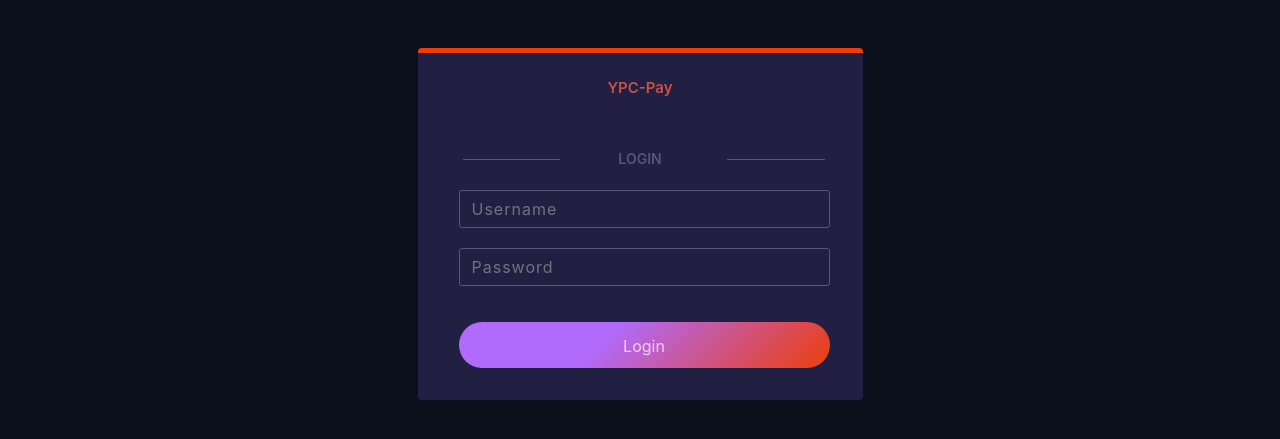
Repository: imamarin/ypcpay
Page: http://localhost/
These files come from the project's save history. The page is drawn as it stood at one moment and after the next save; the edit follows.
The browser window is 1280 px wide. The pictures show the whole page.
Some web libraries are served in a nearby version. The page is served by the project's Laravel application, run on PHP 8.4 with Laravel 8. Other server files are loaded and not shown.

Above is the page before, as saved 2022-05-20 13:59:41.
Console error: TypeError: Cannot read properties of undefined (reading 'fn')

### resources/views/login.blade.php
<!DOCTYPE html>
<html lang="{{ str_replace('_', '-', app()->getLocale()) }}">
    <head>
        <meta charset="utf-8">
        <meta name="viewport" content="width=device-width, initial-scale=1">

        <title>Laravel</title>

        <!-- Fonts -->
        <link href="https://stackpath.bootstrapcdn.com/bootstrap/4.3.1/css/bootstrap.min.css" rel="stylesheet">
        <link href="https://use.fontawesome.com/releases/v5.7.2/css/all.css" rel="stylesheet">
        <script src="https://stackpath.bootstrapcdn.com/bootstrap/4.3.1/js/bootstrap.bundle.min.js"></script>
        <script src="https://cdnjs.cloudflare.com/ajax/libs/jquery/3.2.1/jquery.min.js"></script>

        <style>
            body{
                background-color: #0c101d;
            }
            .card{
                border: none;
                border-top: 5px solid  rgb(238, 61, 7);
                background: #212042;
                color: #57557A;
            }
            p{
                font-weight: 600;
                font-size: 15px;
            }
            .fab{
                display: flex;
                justify-content: center;
                align-items: center;
                border: none;
                background: #2A284D;
                height: 40px;
                width: 90px;
            }
            .fab:hover{
                cursor: pointer;
            }
            .fa-twitter{
                color: #56ABEC;
            }
            .fa-facebook{
                color: #1775F1;
            }
            .fa-google{
                color: #CB5048;
            }
            .division{
                float: none;
                position: relative;
                margin: 30px auto 20px;
                text-align: center;
                width: 100%;
                box-sizing: border-box;
            }
            .division .line{
                border-top: 1.5px solid #57557A;;
                position: absolute;
                top: 13px;
                width: 85%;
            }
            .line.l{
                left: 52px;
            }
            .line.r{
                right: 45px;

            }
            .division span{
                font-weight: 600;
                font-size: 14px;
            }
            .myform{
                padding: 0 25px 0 33px;
            }
            .form-control{
                border: 1px solid #57557A;
                border-radius: 3px;
                background: #212042;
                margin-bottom: 20px;
                letter-spacing: 1px;

            }
            .form-control:focus{
                border: 1px solid #57557A;
                border-radius: 3px;
                box-shadow: none;
                background: #212042;
                color: #fff;
                letter-spacing: 1px;
            }
            .bn{
                text-decoration: underline;
            }
            .bn:hover{
                cursor: pointer;
            }
            .form-check-input {
                margin-top: 8px!important;
                }
            .btn-primary{
            background: linear-gradient(135deg, rgba(176,106,252,1) 39%, rgb(238, 61, 7) 101%);
            border: none;
            border-radius: 50px;
            }
            .btn-primary:focus{
                box-shadow: none;
                border: none;
            }
            small{
                color: #F2CEFF;
            }
            .far.fa-user{
                font-size: 13px;
            }

            @media(min-width: 767px){
                .bn{
                    text-align: right;
                }
            }
            @media(max-width: 767px){
                .form-check{
                    text-align: center;
                }
                .bn{
                    text-align: center;
                    align-items: center;
                }
            }
            @media(max-width: 450px){
                .fab{
                    width: 100%;
                    height: 100%;
                }
                .division .line{
                    width: 50%;
                }
            }
        </style>
    </head>
    <body>
        <div class="container">
            <div class="row d-flex justify-content-center mt-5">
                <div class="col-12 col-md-8 col-lg-6 col-xl-5">
                    <div class="card py-3 px-2">
                        <p class="text-center mb-3 mt-2" style="color: #CB5048">YPC-Pay</p>
                        {{-- <div class="row mx-auto ">
                            <div class="col-4">
                                <i class="fab fa-twitter"></i>
                            </div>
                            <div class="col-4">
                                <i class="fab fa-facebook"></i>
                            </div>
                            <div class="col-4">
                                <i class="fab fa-google"></i>
                            </div>
                        </div> --}}
                        <div class="division">
                            <div class="row">
                                <div class="col-3"><div class="line l"></div></div>
                                <div class="col-6"><span>LOGIN</span></div>
                                <div class="col-3"><div class="line r"></div></div>
                            </div>
                        </div>
                        <form class="myform">
                            <div class="form-group">
                                <input type="email" class="form-control" placeholder="Username">
                              </div>
                             <div class="form-group">
                                <input type="password" class="form-control" placeholder="Password">
                              </div>
                              <div class="row">
                                  <div class="col-md-6 col-12">
                                      {{-- <div class="form-group form-check">
                                        <input type="checkbox" class="form-check-input" id="exampleCheck1">
                                        <label class="form-check-label" for="exampleCheck1">Rester connecte</label>
                                      </div> --}}
                                  </div>
                                  {{-- <div class="col-md-6 col-12 bn">Mot se passe oublie</div> --}}
                              </div>
                              <div class="form-group mt-3">
                                  <button type="button" class="btn btn-block btn-primary btn-lg"><small>Login</small></button>
                              </div>
                        </form>
                    </div>
                </div>
            </div>
        </div>
    </body>
</html>

Loaded but not shown: routes/web.php (common file)

After the next save:
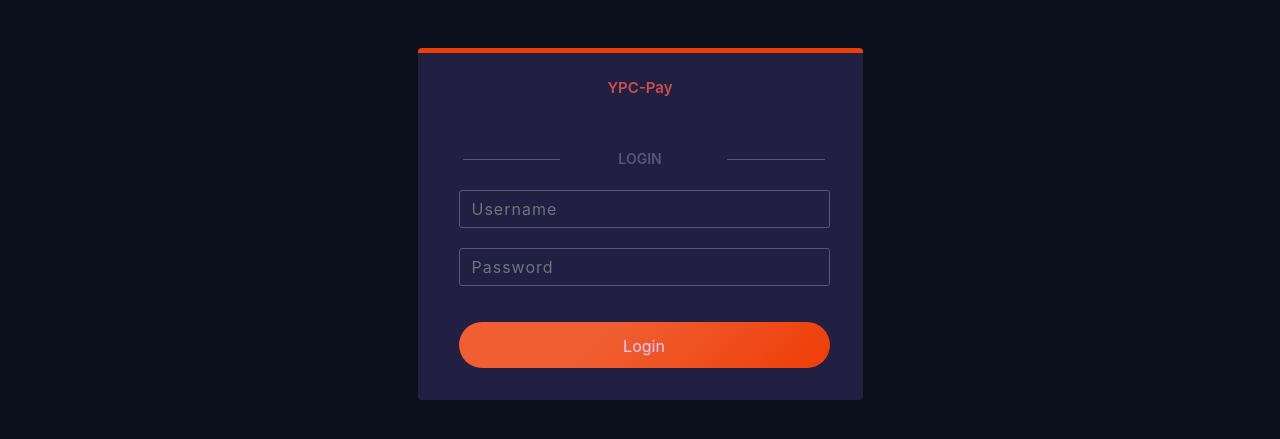
Saved 15 s later.
--- a/resources/views/login.blade.php
+++ b/resources/views/login.blade.php
@@ -101,7 +101,7 @@
                 margin-top: 8px!important;
                 }
             .btn-primary{
-            background: linear-gradient(135deg, rgba(176,106,252,1) 39%, rgb(238, 61, 7) 101%);
+            background: linear-gradient(135deg,  rgb(240, 94, 49) 39%, rgb(238, 61, 7) 101%);
             border: none;
             border-radius: 50px;
             }
